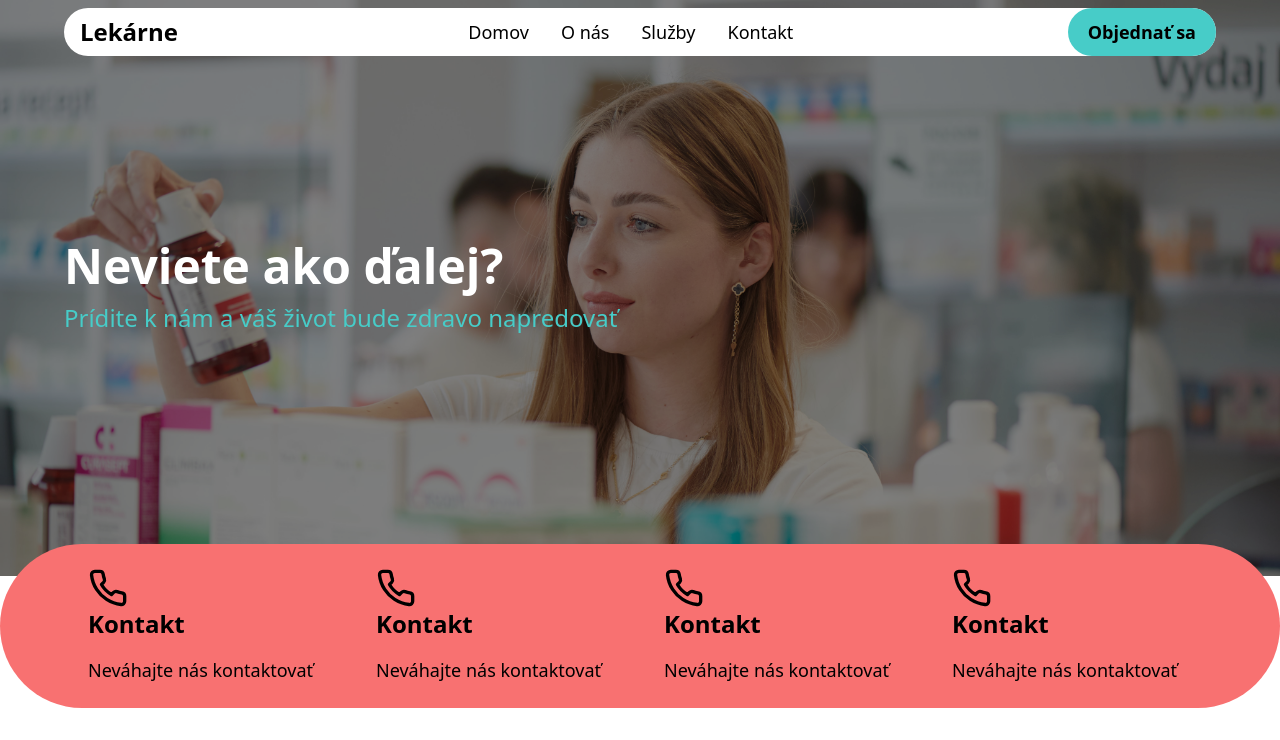
Repository: SimonSkoda13/Lekaren
Page: /
The author's editor kept a copy of each file at every save. The page is drawn from the files as they stood at one save, then again after the next save.
The browser window is 1280 px wide. The pictures show the whole page.
The project was rebuilt for these pictures with package versions that can differ from the ones it lists, and the page was loaded fresh each time. The framework's server and built-in components were replaced by stand-ins that run in the browser. Also part of the build but not shown: next.config.js.

Above is the page before, as saved 2023-04-22 17:40:16.

### src/app/layout.tsx
import { Header } from "./components/Header/Header";
import "./globals.css";
import { Poppins } from "next/font/google";

export const metadata = {
  title: "Create Next App",
  description: "Generated by create next app",
};

export default function RootLayout({
  children,
}: {
  children: React.ReactNode;
}) {
  return (
    <html lang="en">
      <body className="bg-white min-h-[100vh]">
        <Header />
        <main>{children}</main>
        <footer></footer>
      </body>
    </html>
  );
}

### src/app/page.tsx
import Image from "next/image";
import { Inter } from "next/font/google";
import { HomeHero } from "./components/HomeHero/HomeHero";
import { Contact } from "./components/Contact/Contact";

const inter = Inter({ subsets: ["latin"] });

// page with

export default function Home() {
  return (
    <>
      <HomeHero
        title={"Neviete ako ďalej?"}
        image={"/homeBanner.jpg"}
        description={"Prídite k nám a váš život bude zdravo napredovať"}
      />
      <Contact
        items={[
          {
            title: "Kontakt",
            description: "Neváhajte nás kontaktovať",
            icon: "/contactIcon.svg",
          },
          {
            title: "Kontakt",
            description: "Neváhajte nás kontaktovať",
            icon: "/contactIcon.svg",
          },
          {
            title: "Kontakt",
            description: "Neváhajte nás kontaktovať",
            icon: "/contactIcon.svg",
          },
          {
            title: "Kontakt",
            description: "Neváhajte nás kontaktovať",
            icon: "/contactIcon.svg",
          },
        ]}
      />
    </>
  );
}

### src/app/components/Header/Header.tsx
import Link from "next/link";
import React from "react";

export interface HeaderProps {}

export const Header = (props: HeaderProps) => {
  const {} = props;
  return (
    <header className="cntn fixed w-full top-2 z-10">
      <div className="flex bg-white rounded-full">
        <h1 className="py-2 px-4 text-2xl font-bold">Lekárne</h1>
        <div className="py-2 px-4 flex gap-8 items-center mx-auto text-lg font-medium">
          <Link href="/">Domov</Link>
          <Link href="/onas">O nás</Link>
          <Link href="/sluzby">Služby</Link>
          <Link href="/kontakt">Kontakt</Link>
        </div>
        {/* button order self */}
        <div className="flex justify-center items-center px-5 p-0 bg-primary rounded-full text-lg font-bold">
          <Link href="/order">Objednať sa</Link>
        </div>
      </div>
    </header>
  );
};

### src/app/globals.css
@tailwind base;
@tailwind components;
@tailwind utilities;

@layer components {
  .cntn {
    @apply mx-auto px-4  max-w-screen-xl md:px-16;
  }
}

### src/app/components/HomeHero/HomeHero.tsx
import Image from "next/image";
import React from "react";
import { ImageGradient } from "./ImageGradient/ImageGradient";

export interface HomeHeroProps {
  title: string;
  image: string;
  description: string;
}

export const HomeHero = (props: HomeHeroProps) => {
  const { title, image, description } = props;
  return (
    <section className="relative h-[80vh] z-0 px-0">
      <div className="w-full h-full absolute left-0 top-0 ">
        {/* make filter for image to odd brightness from top biggest to bottom lowest */}
        <ImageGradient>
          <Image
            src={image}
            alt="Next.js logo"
            fill
            style={{
              objectFit: "cover",
              objectPosition: "center",
            }}
          />
        </ImageGradient>
      </div>
      <div className="cntn relative gap-3 h-full flex justify-center flex-wrap flex-col z-10">
        <h1 className="text-5xl font-bold text-white">{title}</h1>
        <p className="text-2xl text-primary">{description}</p>
      </div>
    </section>
  );
};

### src/app/components/Contact/Contact.tsx
import { Phone } from "lucide-react";
import Image from "next/image";
import React from "react";

export interface ContactProps {
  items?: {
    title: string;
    description: string;
    icon: string;
  }[];
}

export const Contact = (props: ContactProps) => {
  const { items } = props;
  return (
    <section className="cntn z-10 relative w-full min-h top-[-2rem] grid grid-cols-2 md:grid-cols-4 items-start bg-red-400 rounded-full">
      {items?.map((item) => (
        <div className="flex flex-col items-start gap-4 p-6">
          {/* <Image
            src={item.icon}
            alt={"contactIcon" + item.title}
            width={100}
            height={100}
          /> */}
          <div>
            <Phone size={40} />
            <h2 className="text-2xl font-bold">{item.title}</h2>
          </div>
          <p className="text-lg font-medium">{item.description}</p>
        </div>
      ))}
    </section>
  );
};

### src/app/components/HomeHero/ImageGradient/ImageGradient.tsx
import React from "react";

export interface ImageGradientProps {
  children: React.ReactNode;
}

export const ImageGradient = (props: ImageGradientProps) => {
  const { children } = props;
  return (
    <div className="relative w-full h-full brightness-50 overflow-hidden z-10">
      <div className="absolute inset-0 z-10"></div>
      {children}
    </div>
  );
};

### tailwind.config.js
/** @type {import('tailwindcss').Config} */
module.exports = {
  content: [
    "./src/pages/**/*.{js,ts,jsx,tsx,mdx}",
    "./src/components/**/*.{js,ts,jsx,tsx,mdx}",
    "./src/app/**/*.{js,ts,jsx,tsx,mdx}",
  ],
  theme: {
    extend: {
      colors: {
        primary: "#47CCC8",
        secondary: "#2D3663",
      },
    },
  },
  plugins: [],
};

After the next save:
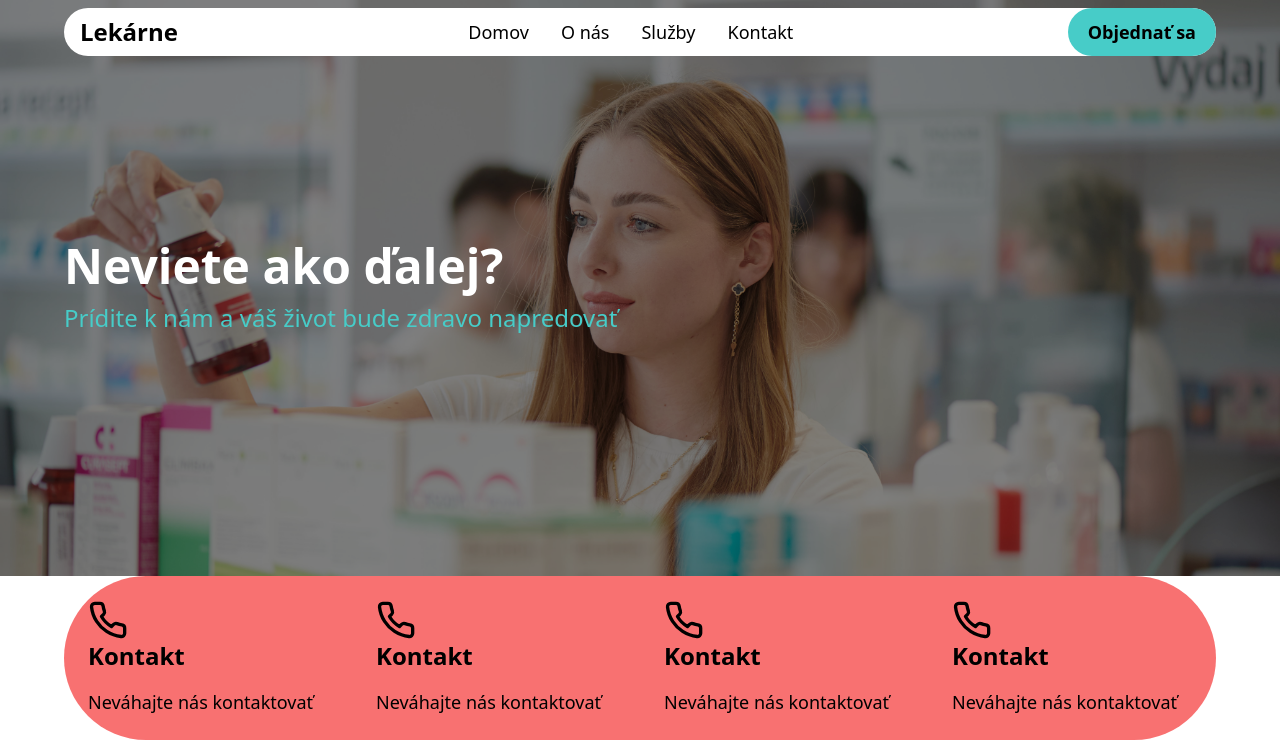
Saved 65 s later.
--- a/src/app/components/Contact/Contact.tsx
+++ b/src/app/components/Contact/Contact.tsx
@@ -13,22 +13,24 @@ export interface ContactProps {
 export const Contact = (props: ContactProps) => {
   const { items } = props;
   return (
-    <section className="cntn z-10 relative w-full min-h top-[-2rem] grid grid-cols-2 md:grid-cols-4 items-start bg-red-400 rounded-full">
-      {items?.map((item) => (
-        <div className="flex flex-col items-start gap-4 p-6">
-          {/* <Image
+    <section className="cntn z-10 relative ">
+      <div className="w-full top-[-2rem] grid grid-cols-2 md:grid-cols-4 items-start bg-red-400 rounded-full">
+        {items?.map((item) => (
+          <div className="flex flex-col items-start gap-4 p-6">
+            {/* <Image
             src={item.icon}
             alt={"contactIcon" + item.title}
             width={100}
             height={100}
           /> */}
-          <div>
-            <Phone size={40} />
-            <h2 className="text-2xl font-bold">{item.title}</h2>
+            <div>
+              <Phone size={40} />
+              <h2 className="text-2xl font-bold">{item.title}</h2>
+            </div>
+            <p className="text-lg font-medium">{item.description}</p>
           </div>
-          <p className="text-lg font-medium">{item.description}</p>
-        </div>
-      ))}
+        ))}
+      </div>
     </section>
   );
 };
